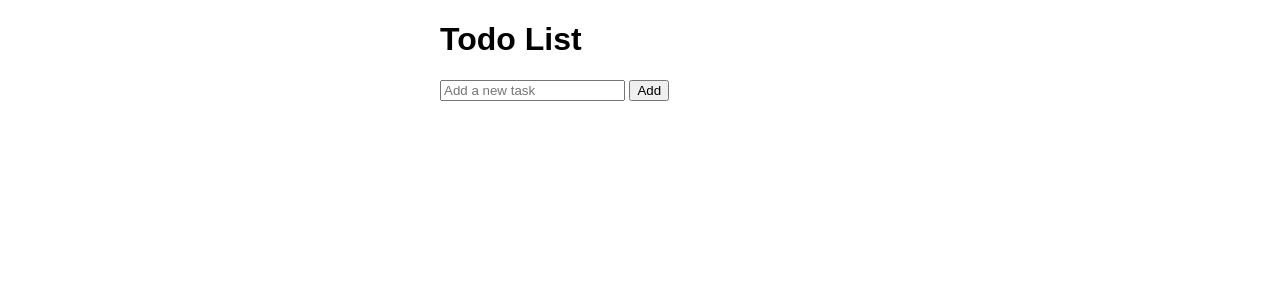
Repository: anonymous1508/CodSoft
Page: To-Do_List/index.html
An editor plug-in stored every save of this project. The page is shown before and after the next save, followed by the edit.
The browser window is 1280 px wide. The pictures show the whole page.

Above is the page before, as saved 2023-09-07 15:45:20.

### To-Do_List/index.html
<!DOCTYPE html>
<html lang="en">
<head>
    <meta charset="UTF-8">
    <meta name="viewport" content="width=device-width, initial-scale=1.0">
    <title>Todo List</title>
    <style>
        body {
            font-family: Arial, sans-serif;
        }

        #app {
            max-width: 400px;
            margin: 0 auto;
        }

        ul {
            list-style-type: none;
            padding: 0;
        }

        li {
            display: flex;
            justify-content: space-between;
            align-items: center;
            padding: 8px 0;
            border-bottom: 1px solid #ccc;
        }

        .task {
            flex: 1;
        }

        .delete-button {
            background-color: #ff0000;
            color: white;
            border: none;
            padding: 5px 10px;
            cursor: pointer;
        }

        .delete-button:hover {
            background-color: #dd0000;
        }
    </style>
</head>
<body>
    <div id="app">
        <h1>Todo List</h1>
        <input type="text" id="taskInput" placeholder="Add a new task">
        <button onclick="addTask()">Add</button>
        <ul id="taskList">
        </ul>
    </div>

    <script>
        function addTask() {
            const taskInput = document.getElementById("taskInput");
            const taskList = document.getElementById("taskList");

            if (taskInput.value.trim() !== "") {
                const li = document.createElement("li");
                li.innerHTML = `
                    <span class="task">${taskInput.value}</span>
                    <button class="delete-button" onclick="removeTask(this)">Delete</button>
                `;
                taskList.appendChild(li);
                taskInput.value = "";
            }
        }

        function removeTask(button) {
            const taskList = document.getElementById("taskList");
            const li = button.parentElement;
            taskList.removeChild(li);
        }
    </script>
</body>
</html>

After the next save:
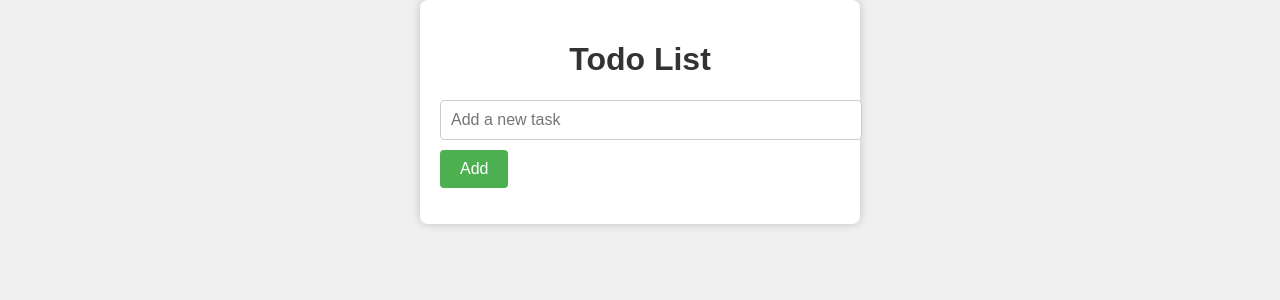
Saved 65 s later.
--- a/To-Do_List/index.html
+++ b/To-Do_List/index.html
@@ -7,11 +7,46 @@
     <style>
         body {
             font-family: Arial, sans-serif;
+            background-color: #f0f0f0;
+            margin: 0;
+            padding: 0;
         }
 
         #app {
             max-width: 400px;
             margin: 0 auto;
+            background-color: #fff;
+            padding: 20px;
+            border-radius: 8px;
+            box-shadow: 0px 0px 10px rgba(0, 0, 0, 0.2);
+        }
+
+        h1 {
+            text-align: center;
+            color: #333;
+        }
+
+        input[type="text"] {
+            width: 100%;
+            padding: 10px;
+            font-size: 16px;
+            border: 1px solid #ccc;
+            border-radius: 4px;
+            margin-bottom: 10px;
+        }
+
+        button {
+            background-color: #4caf50;
+            color: white;
+            border: none;
+            padding: 10px 20px;
+            font-size: 16px;
+            border-radius: 4px;
+            cursor: pointer;
+        }
+
+        button:hover {
+            background-color: #45a049;
         }
 
         ul {
@@ -23,24 +58,28 @@
             display: flex;
             justify-content: space-between;
             align-items: center;
-            padding: 8px 0;
+            padding: 10px 0;
             border-bottom: 1px solid #ccc;
         }
 
         .task {
             flex: 1;
+            font-size: 18px;
+            color: #333;
         }
 
         .delete-button {
-            background-color: #ff0000;
+            background-color: #f44336;
             color: white;
             border: none;
             padding: 5px 10px;
+            font-size: 16px;
+            border-radius: 4px;
             cursor: pointer;
         }
 
         .delete-button:hover {
-            background-color: #dd0000;
+            background-color: #d32f2f;
         }
     </style>
 </head>
